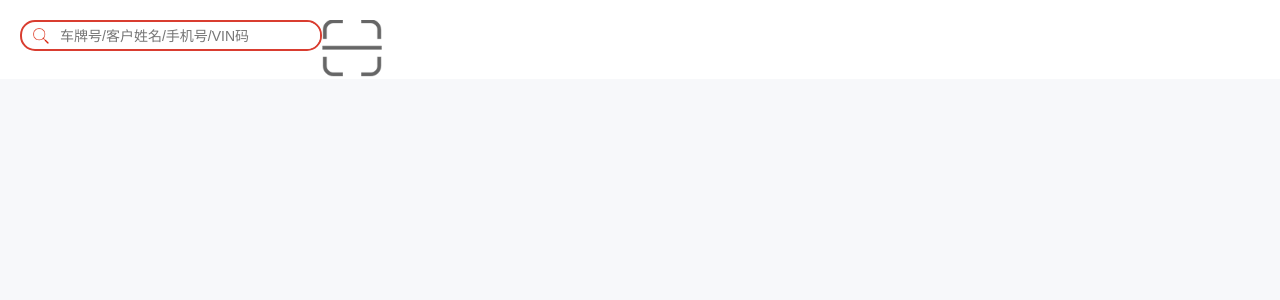
Repository: family-car/car
Page: deliverTask.html
An editor plug-in stored every save of this project. The page is shown before and after the next save, followed by the edit.
The browser window is 1280 px wide. The pictures show the whole page.

Above is the page before, as saved 2020-05-12 10:51:03.
Not found: src/js/entry/deliverTask.js

### deliverTask.html
<!-- HTML5文件 -->
<!DOCTYPE html>
<html>
<head>
	<meta charset="utf-8" />
	<meta name="viewport" content="width=device-width,minimum-scale=1.0,maximum-scale=1.0,user-scalable=no"/>
	<meta content="telephone=no,email=no" name="format-detection">
	<meta name="wap-font-scale" content="no">
	<title>送车任务</title>
	<!-- ui框架引入css -->
	<link href="lib/weui/weui.min.css" rel="stylesheet" type="text/css" />
	<link href="lib/weui/jquery-weui.min.css" rel="stylesheet" type="text/css" />
	<!-- 公用样式css -->
	<link href="src/css/base.css" rel="stylesheet" type="text/css" />
	<!-- 界面引入css -->
  <link href="src/css/app/deliverTask.css" rel="stylesheet" type="text/css" />
  <!-- jquery引入 -->
  <script type="text/javascript" src="lib/jquery/jquery-2.1.4.min.js"></script>
  <script type="text/javascript" src="lib/unit.js"></script>
</head>
<body>

<div class="main bot44">
    <div class="taskSearch flex">
        <div class="searchInput cf">
            <div class="fl flex flex-center searchIcon"><img src="src/image/search.png"/></div>
            <input type="text" placeholder="车牌号/客户姓名/手机号/VIN码" class="fl"/>
        </div>
        <div class="sys"><img src="src/image/sys.png"/></div>
    </div>

</div>

<!-- jquery引入 -->
<script type="text/javascript" src="lib/jquery/swiper.js"></script>
<script type="text/javascript" src="src/js/entry/deliverTask.js"></script>
</body>
</html>

### src/css/base.css
*,
*:after,
*:before {
    -webkit-box-sizing: border-box;
    box-sizing: border-box;
}
[v-cloak] {
  display: none;
}
a,
blockquote,
body,
code,
dd,
div,
dl,
dt,
em,
fieldset,
form,
h1,
h2,
h3,
h4,
h5,
h6,
iframe,
img,
input,
label,
li,
object,
ol,
p,
q,
small,
span,
strong,
table,
tbody,
td,
th,
tr,
ul {
    margin: 0;
    padding: 0;
    border: 0;
}
input{
	outline: none;
}
body,
html {
    width: 100%;
}

body {
    margin: 0 auto;
    line-height: 1;
    font-size: 14px;
    font-family: 'STHeiti', 'Microsoft YaHei', Helvetica, Arial, sans-serif;
    -webkit-text-size-adjust: none;
    -webkit-tap-highlight-color: rgba(0, 0, 0, 0);
}

h1,
h2,
h3,
h4,
h5,
h6 {
    font-size: .28rem;
    font-weight: normal;
}

a,
a:active,
a:focus,
a:hover,
a:visited {
    text-decoration: none;
    color: #393939;
}

a,
img {
    -webkit-touch-callout: none;
}

li,
ol,
ul {
    list-style: none;
}

input[type="password"],
input[type="tel"],
input[type="text"],
select,
textarea {
    display: block;
    width: 100%;
    line-height: 1.2;
    font-size:14px;
    resize: none;
    outline: 0;
    vertical-align: middle;
    background-color: #fff;
    background-image: none;
    border: 0;
    white-space: pre-wrap;
    word-wrap: break-word;
    -webkit-appearance: none;
}

p {
    background-color: transparent;
    word-break: break-all;
}

em,
i {
    font-style: normal;
}
@font-face {
    font-family: 'iconfont';
    src: url("../font/icomoon.eot");
    src: url("../font/icomoon.eot?#iefix") format("embedded-opentype"), url("../font/icomoon.ttf") format("truetype"), url("../font/icomoon.svg#iconfont") format("svg");
}

html {
    background: #fff;
}

body {
    background: #fff;
    color: #000;
}

.fl {
    float: left;
}

.fr {
    float: right;
}

.cf:after {
    display: block;
    clear: both;
    content: "";
    visibility: hidden;
    height: 0;
}

.tr {
    text-align: right;
}

.tc {
    text-align: center;
}

.td-underline {
    text-decoration: underline;
}

.tm {
    vertical-align: middle;
}
.boxSizing{
    box-sizing:border-box;
    -moz-box-sizing:border-box; /* Firefox */
    -webkit-box-sizing:border-box;
}

.flex {
    display: -webkit-box !important;
    display: -webkit-flex !important;
    display: -ms-flexbox !important;
    display: flex !important;
    -webkit-flex-wrap: wrap;
    -ms-flex-wrap: wrap;
    flex-wrap: wrap;
}

.flex .cell {
    -webkit-box-flex: 1;
    -webkit-flex: 1;
    -ms-flex: 1;
    flex: 1;
    width: 0;
    -webkit-flex-basis: 0;
    -ms-flex-preferred-size: 0;
    flex-basis: 0;
    max-width: 100%;
    display: block;
    padding: 0 !important;
    position: relative;
}
.flex .cell2{
    -webkit-box-flex: 2;
    -webkit-flex: 2;
    -ms-flex: 2;
    flex: 2;
}


.flex .cell.hide {
    display: none;
}

.flex .flex-130 {
    -webkit-box-flex: 150!important;
    -webkit-flex: 130!important;
    -ms-flex: 130!important;
    flex: 130!important;
}

.flex .flex-200 {
    -webkit-box-flex: 200!important;
    -webkit-flex: 200!important;
    -ms-flex: 200!important;
    flex: 200!important;
}

.flex-center {
    -webkit-box-pack: center;
    -webkit-justify-content: center;
    justify-content: center;
    -webkit-box-align: center;
    -webkit-align-items: center;
    align-content: center;
}
.flex-between {
    -webkit-box-pack: center;
    -webkit-justify-content: space-between;
    justify-content: space-between;
    -webkit-box-align: center;
    -webkit-align-items: center;
    align-content: center;
}

.img-responsive {
    display: inline-block;
    width: 100%;
}

.bg-white {
    background: #fff;
}

.bg-orange {
    background: #fa462d;
}

.bg-blue {
    background: #246EBE;
}
.bg-green{color:#0BA66D;}
.bg-light-green{color:#56dfb3;}
.bg-gray {
    background: #f3f4f6;
}

.bg-light-yellow {
    background: #fbf8ec;
}

.bg-disabled {
    background: #9d9d9d;
}

.color-blue {
    color: #246EBE;
}

.color-muted {
    color: #9d9d9d;
}

.color-orange {
    color: #fa462d;
}

.color-white {
    color: #fff;
}

.color-gray {
    color: #848689;
}
.color-green{color:#0BA66D;}
.color-light-green{color:#56dfb3;}
.color-red{color:#f23030;}
.color-block{color:#393939;}

.relative {
    position: relative;
}

.overflow {
    overflow: hidden;
}

.ellipsis {
    white-space: nowrap;
    overflow: hidden;
    text-overflow: ellipsis;
}

.clamp {
    display: -webkit-box;
    overflow: hidden;
    text-overflow: ellipsis;
    -webkit-line-clamp: 2;
    -webkit-box-orient: vertical;
}

.animate {
    -webkit-animation-play-state: paused;
}

.hide {
    display: none;
}

.footbar-default .coagent span:before,
.iconfont,
.panel-selector .list li .fr:after,
.select:before {
    font-family: "iconfont" !important;
    font-size: .28rem;
    font-style: normal;
    -webkit-font-smoothing: antialiased;
    -webkit-text-stroke-width: 2px;
    -moz-osx-font-smoothing: grayscale;
}
.btn {
    display: inline-block;
    padding: .18rem .2rem;
    vertical-align: middle;
    font-size: .26rem;
    font-weight: normal;
    line-height: 1;
    text-align: center;
    white-space: nowrap;
    background-image: none;
    border: 1px solid transparent;
    border-radius: .06rem;
    cursor: pointer;
    outline: 0;
    -webkit-appearance: none;
    -webkit-user-select: none;
    -moz-user-select: none;
    -ms-user-select: none;
    user-select: none;
}

.btn-default {
    color: #393939;
    background-color: #fff;
    border-color: #ccc;
}

.btn-primary {
    color: #fff;
    background-color: #0ba66d;
    border-color: #0ba66d;
}

.btn-primary-outline {
    color: #0ba66d;
    background-color: #fff;
    border-color: #0ba66d;
}

.btn-default-outline {
    color: #393939;
    background-color: #fff;
    border-color: #d7d7d7;
}

.btn-disabled {
    color: #fff;
    background-color: #9d9d9d;
    border-color: #9d9d9d;
}

.btn-block {
    display: block;
    width: 100%;
    padding-left: 0;
    padding-right: 0;
}

.btn-primary:active {
    color: #fff;
    background-color: #0ba66d;
    border-color: #0ba66d;
}

.btn-disabled:active {
    color: #fff;
    background-color: #9d9d9d;
    border-color: #9d9d9d;
}

.btn-default:active {
    color: #393939;
    background-color: #d7d7d7;
    border-color: #d7d7d7;
}

.btn-search {
    padding: .06rem .1rem;
    margin-left: .05rem;
    line-height: .4rem;
}

.pd8 {
    padding-right: .8rem;
    padding-left: .8rem;
}

.badge-outline {
    background: #fff;
    border: 1px solid #0ba66d;
    color: #0ba66d;
}

.no_info {
    color: #9d9d9d;
    line-height: 2.2rem;
    text-align: center;
}

.footbar {
    position: fixed;
    left: 0;
    right: 0;
    bottom: 0;
    z-index: 999999;
}
.footbar-default {
    height: 1.01rem;
    background-color: #fff;
    border-top: 1px solid #d7d7d7;
}
/*字体*/
.icon-detail:before {
    content: '\e93b';
}
.icon-floder:before {
    content: '\e91b';
}
.icon-home:before {
    content: '\e901';
}
.icon-order:before {
    content: '\e908';
}
.icon-mine:before {
    content: '\e905';
}
.icon-upload::before{
    content: '\e91c';
}
.icon-add::before{
    content: '\e91e';
}
.icon-detele::before{
    content: '\e920';
}
.icon-warn::before{
    content: '\e91a';
}
.icon-arrow::before{
    content:'\e916'
}
.icon-course::before{
    content:'\e908'
}

 #loading{
     position:fixed;
     top:0;left:0;
     width:100%;height:100%;
     background: rgba(0,0,0,.7);
     z-index:999;
}
 #loading .loader-01{
     position:absolute;top:50%;left:50%;
     width:60px;height:60px;
     margin-top:-30px;
     margin-left:-30px;
     color: #fff;
}
/*button*/
.vehicleEntry_btn{
    color: #F12222;
    width: 206px;
    height: 30px;
    background: #F12222;
    border-radius: 15px;
    color: #fff;
    text-align: center;
    line-height: 30px;
    margin: 0 auto;
    margin-bottom: 20px;
}

### src/css/app/deliverTask.css
body,html{
    background: #f7f8fa;
}
.taskSearch{
    background: #fff;
    padding: 20px 20px 0 20px;
}
.searchInput{
    width: 302px;
    height: 31px;
    border:2px solid #D93D30;
    border-radius: 15px;
}
.searchInput .searchIcon{
    width: 38px;
    height: 27px;
}
.searchInput .searchIcon img{
   width: 16px;
}
.searchInput input{
    width: 260px;
    height: 27px;
    border-radius: 15px;
}

Loaded but not shown: lib/weui/weui.min.css (library); lib/weui/jquery-weui.min.css (library); lib/jquery/jquery-2.1.4.min.js (library); lib/unit.js (library); lib/jquery/swiper.js (library)

After the next save:
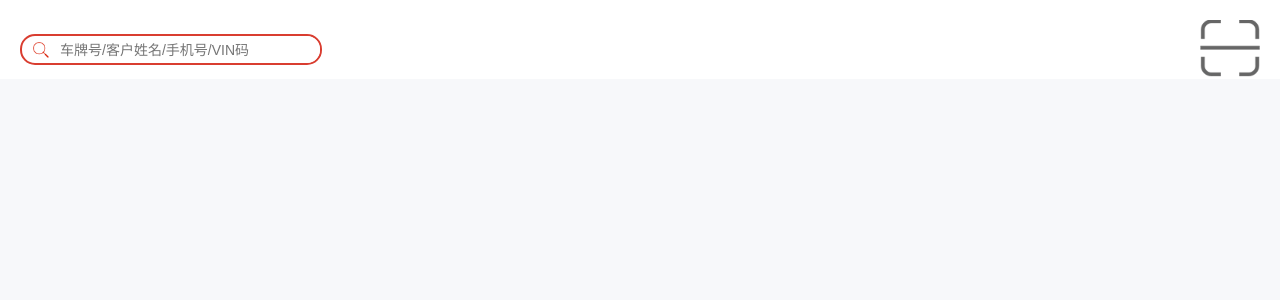
Saved 23 s later.
--- a/deliverTask.html
+++ b/deliverTask.html
@@ -21,7 +21,7 @@
 <body>
 
 <div class="main bot44">
-    <div class="taskSearch flex">
+    <div class="taskSearch flex flex-between">
         <div class="searchInput cf">
             <div class="fl flex flex-center searchIcon"><img src="src/image/search.png"/></div>
             <input type="text" placeholder="车牌号/客户姓名/手机号/VIN码" class="fl"/>
